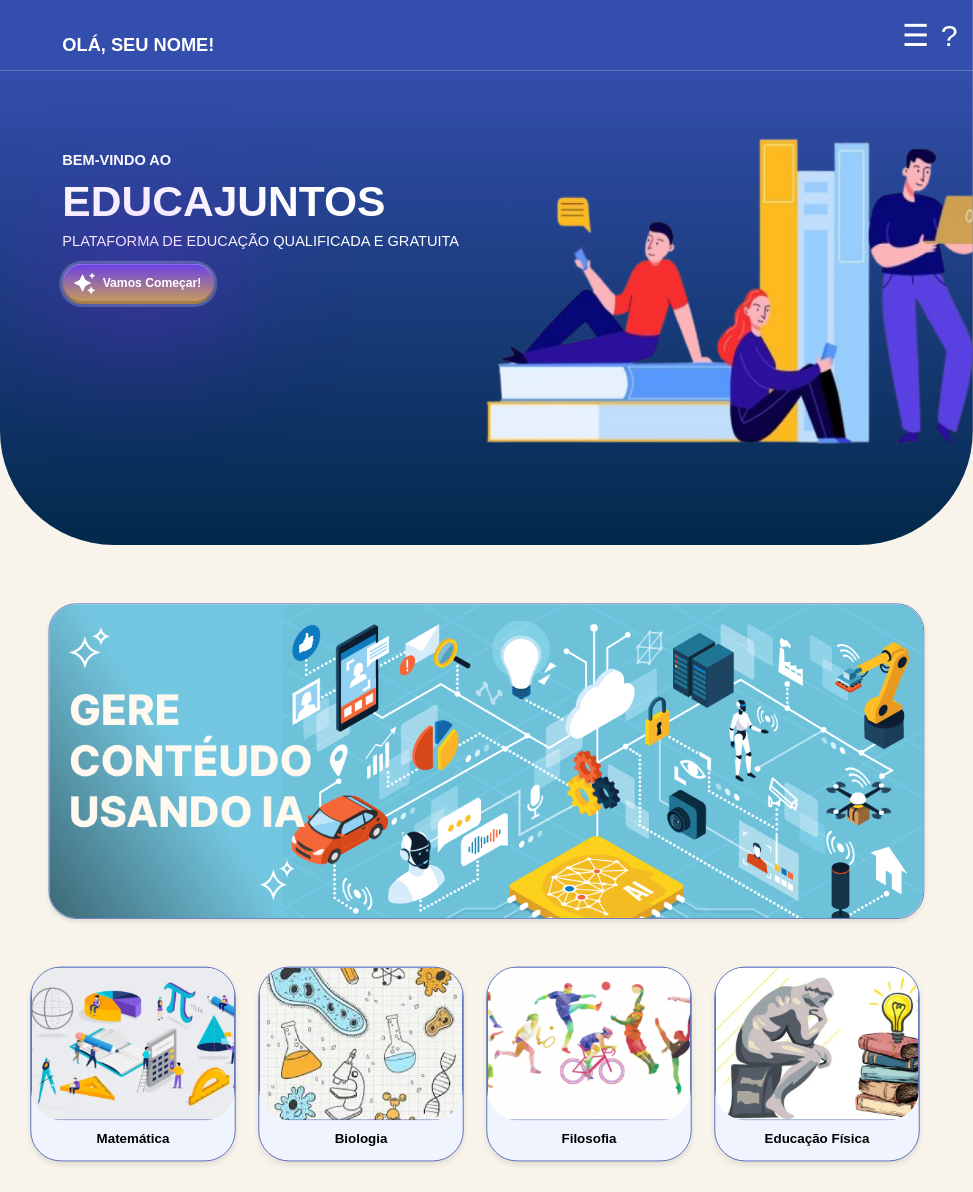
Repository: Matheus904-12/EDUCAJUNTOS
Page: inicio/index.html
The author's editor kept a copy of each file at every save. The page is drawn from the files as they stood at one save, then again after the next save.
The browser window is 1280 px wide. The pictures show the whole page, at 76% of full size.
The pointer rests on the first visible `.btn`.

Above is the page before, as saved 2024-10-28 20:10:58.

### inicio/index.html
<!DOCTYPE html>
<html lang="pt-BR">

<head>
    <meta charset="UTF-8">
    <meta name="viewport" content="width=device-width, initial-scale=1.0">
    <title>Educajuntos</title>
    <link rel="stylesheet" href="style.css">
</head>

<body>
    <header>
        <h1>OLÁ, SEU NOME!</h1>
        <nav>
            <button class="menu-btn">&#9776;</button>
            <button class="help-btn">?</button>
        </nav>
    </header>

    <section class="hero">
        <h2>BEM-VINDO AO</h2>
        <h3>EDUCAJUNTOS</h3>
        <p>PLATAFORMA DE EDUCAÇÃO QUALIFICADA E GRATUITA</p>
        <button class="btn">
            <svg height="24" width="24" fill="#FFFFFF" viewBox="0 0 24 24" data-name="Layer 1" id="Layer_1" class="sparkle">
                <path d="M10,21.236,6.755,14.745.264,11.5,6.755,8.255,10,1.764l3.245,6.491L19.736,11.5l-6.491,3.245ZM18,21l1.5,3L21,21l3-1.5L21,18l-1.5-3L18,18l-3,1.5ZM19.333,4.667,20.5,7l1.167-2.333L24,3.5,21.667,2.333,20.5,0,19.333,2.333,17,3.5Z"></path>
            </svg>

            <span class="text">Vamos Começar!</span>
        </button>
        <div class="hero-image">
            <img src="../image/1.png" alt="Imagem ilustrativa de pessoas estudando">
        </div>

    </section>

    <br>
    <br>
    <br>

    <main>

        <div class="category-card large">
            <img src="../image/7.png" alt="IA">
        </div>

        <section class="categories">
            <div class="category-card">
                <img src="../image/2.png" alt="Matemática">
                <p>Matemática</p>
                <br>
            </div>
            <div class="category-card">
                <img src="../image/3.png" alt="Biologia">
                <p>Biologia</p>
                <br>
            </div>
            <div class="category-card">
                <img src="../image/6.png" alt="Filosofia">
                <p>Filosofia</p>
                <br>
            </div>
            <div class="category-card">
                <img src="../image/5.png" alt="Educação Física">
                <p>Educação Física</p>
                <br>
            </div>
        </section>
    </main>

    <script src="script.js"></script>
</body>

</html>

### inicio/style.css
* {
    margin: 0;
    padding: 0;
    box-sizing: border-box;
    font-family: Arial, sans-serif;
}

body {
    background-color: #F8F4EB;
    color: #333;
}

header {
    background-color: #334EAC;
    color: #fff;
    padding: 20px;
    display: flex;
    justify-content: space-between;
    align-items: center;
}

header h1 {
    font-size: 1.5em;
    margin-left: 5%;
    margin-top: 2%;
}

nav {
    display: flex;
    gap: 15px;
}

.menu-btn,
.help-btn {
    background: none;
    border: none;
    color: #fff;
    font-size: 2.5em;
    cursor: pointer;
}

/* Hero Section with Rounded Bottom Borders and Centered Image */
.hero {
    background: linear-gradient( #334EAC, #02294b);
    color: #fff;
    padding: 45px 20px;
    border-bottom-left-radius: 150px;
    border-bottom-right-radius: 150px;
    position: relative;
    display: flex;
    flex-direction: column;
    align-items: flex-start;
    overflow: hidden;

}

.hero h2 {
    font-size: 1.2em;
    margin-bottom: 10px;
    font-weight: bold;
    margin-left: 5%;
    margin-top: 5%;
}

.hero h3 {
    font-size: 3.5em;
    margin-bottom: 10px;
    font-weight: bold;
    margin-left: 5%;
}

.hero p {
    font-size: 1.2em;
    margin-bottom: 20px;
    margin-left: 5%;
}

.hero-image {
    display: flex;
    margin-left: 45%;
    width: 782px;
    height: 580px;
    margin-top: -25%;
}

.hero-image img {
    width: 100%;
    height: auto;
    border-radius: 0 0 150px 150px;
}

/* Categories Section */
.categories {
    display: grid;
    grid-template-columns: repeat(4, 1fr);
    gap: 0px;
    padding: 40px;
}

.category-card {
    background-color: #F0F4FF; /* Cor de fundo suave */
    border: 1px solid #334EAC; /* Contorno azul */
    border-radius: 40px;
    text-align: center;
    box-shadow: 0px 4px 8px rgba(0, 0, 0, 0.1);
    width: 90%;
    height: 100%;

}

.category-card img {
    width: 100%;
    border-radius: 40px;
    margin-top: 0px;
}

.category-card p {
    margin-top: 10px;
    font-size: 1.1em;
    font-weight: bold;
    color: #000000;
}

/* Ajuste do card para o modo grande */
.category-card.large {
    grid-column: span 2;
    display: flex;
    justify-content: center;
    align-items: center;
    font-size: 1.5em;
    font-weight: bold;
    width: 100%;
    transform: scale(90%);
    border-radius: 40px;
}

/* From Uiverse.io by AlimurtuzaCodes */
.btn {
    border: none;
    width: 15em;
    height: 4em;
    border-radius: 3em;
    display: flex;
    justify-content: center;
    align-items: center;
    gap: 12px;
    background: #fbba20;
    cursor: pointer;
    transition: all 450ms ease-in-out;
    margin-left: 5%;
  }

  .sparkle {
    fill: #ffffff;
    transition: all 800ms ease;
  }

  .text {
    font-weight: 600;
    color: #f8f8f8;
    font-size: medium;
  }

  .btn:hover {
    background: linear-gradient(0deg,#cca152,#683FEA);
    box-shadow: inset 0px 1px 0px 0px rgba(255, 255, 255, 0.4),
    inset 0px -4px 0px 0px rgba(0, 0, 0, 0.2),
    0px 0px 0px 4px rgba(255, 255, 255, 0.2),
    0px 0px 180px 0px #9917FF;
    transform: translateY(-2px);
  }

  .btn:hover .text {
    color: white;
  }

  .btn:hover .sparkle {
    fill: white;
    transform: scale(1.2);
  }

### inicio/script.js
document.addEventListener('DOMContentLoaded', () => {
    const menuButton = document.querySelector('.menu-btn');
    const dropdownMenu = document.querySelector('.dropdown-menu');

    menuButton.addEventListener('click', () => {
        dropdownMenu.style.display = dropdownMenu.style.display === 'block' ? 'none' : 'block';
    });

    // Fecha o menu dropdown ao clicar fora dele
    document.addEventListener('click', (event) => {
        if (!menuButton.contains(event.target) && !dropdownMenu.contains(event.target)) {
            dropdownMenu.style.display = 'none';
        }
    });
});

After the next save:
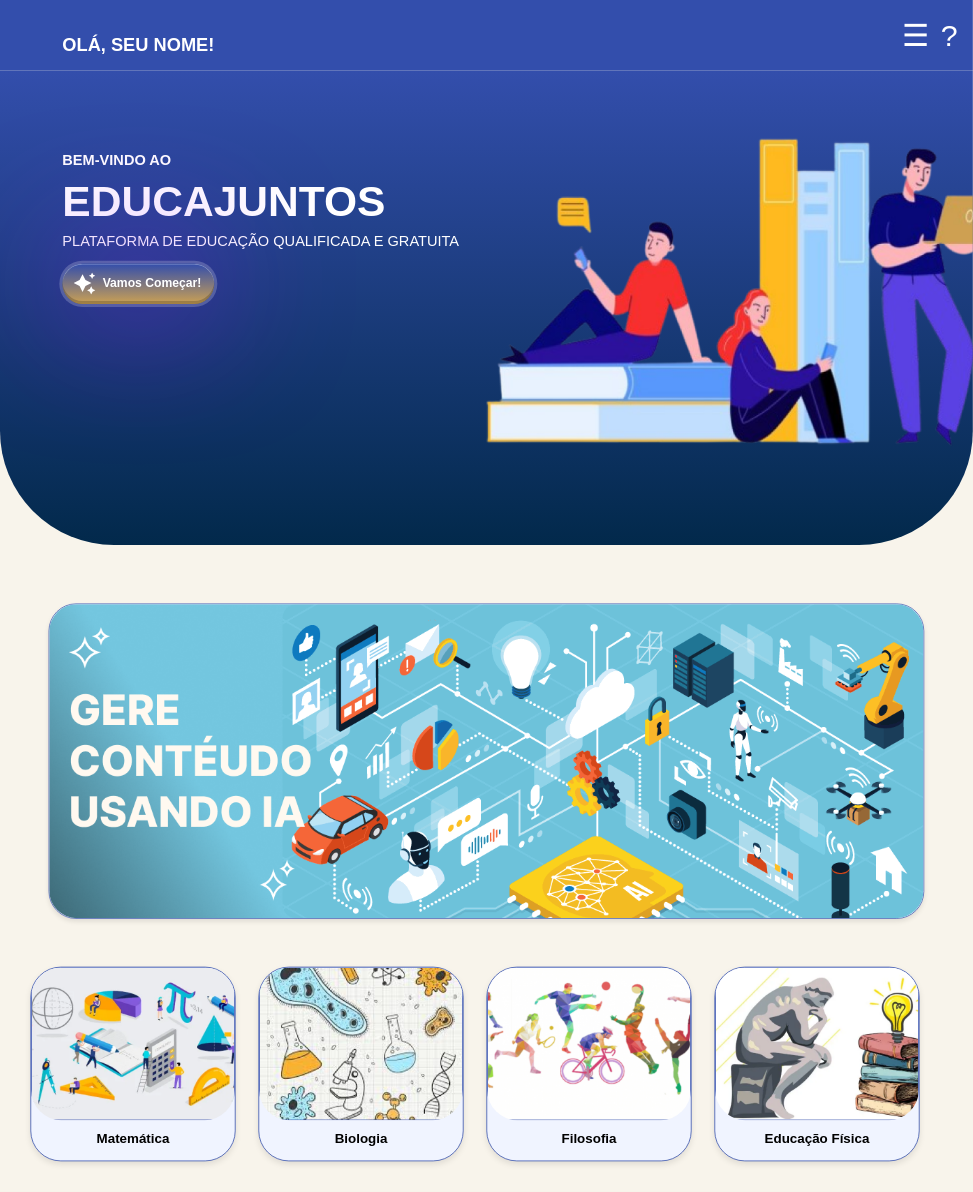
Saved 23 s later.
--- a/inicio/style.css
+++ b/inicio/style.css
@@ -162,7 +162,7 @@ nav {
   }
 
   .btn:hover {
-    background: linear-gradient(0deg,#cca152,#683FEA);
+    background: linear-gradient(0deg,#cca152,#334EAC);
     box-shadow: inset 0px 1px 0px 0px rgba(255, 255, 255, 0.4),
     inset 0px -4px 0px 0px rgba(0, 0, 0, 0.2),
     0px 0px 0px 4px rgba(255, 255, 255, 0.2),
